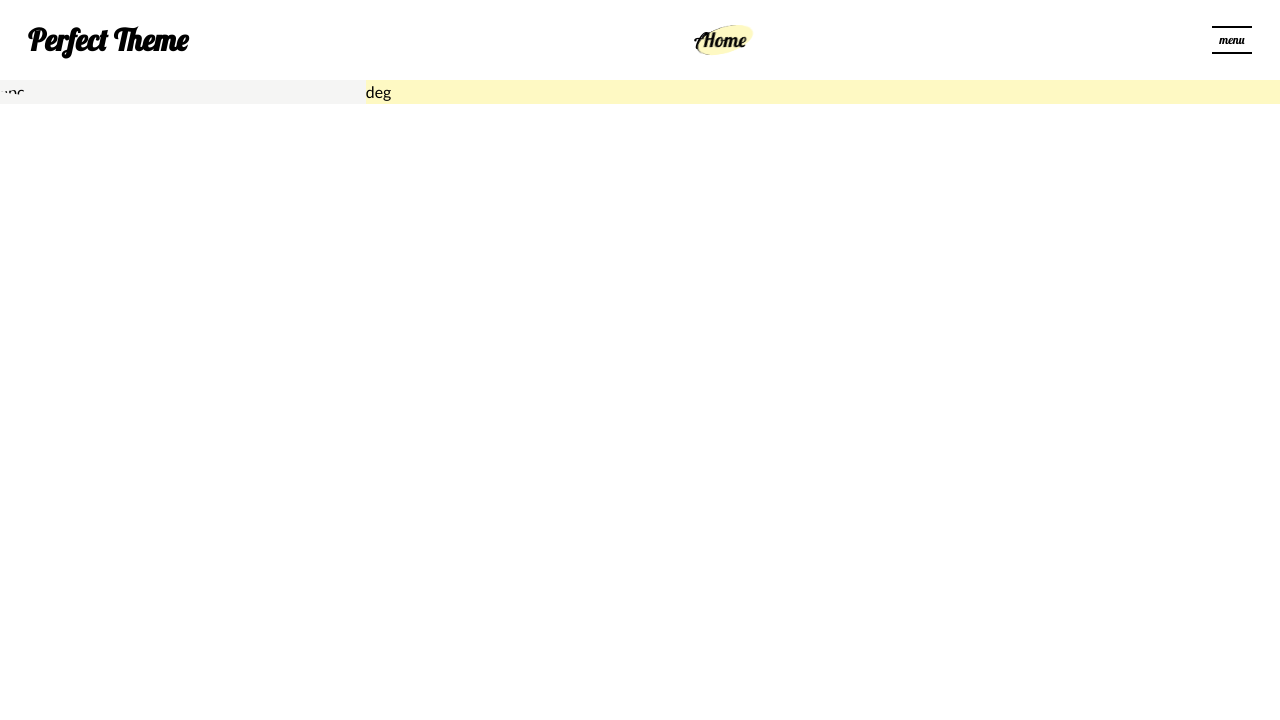
Repository: hsumyatm7308/laravel-blog
Page: blogweb/resources/views/blog/headerlayout.html
An editor plug-in stored every save of this project. The page is shown before and after the next save, followed by the edit.
The browser window is 1280 px wide. The pictures show the whole page.
Some web libraries are served in a nearby version.

Above is the page before, as saved 2023-09-06 14:31:17.

### blogweb/resources/views/blog/headerlayout.html
<!DOCTYPE html>
<html>

<head>
    <title>@yield('title')</title>
    <script src="https://cdn.tailwindcss.com"></script>
    <link rel="stylesheet" href="https://cdnjs.cloudflare.com/ajax/libs/font-awesome/6.4.2/css/all.min.css">

</head>
<style>
    /* for nav  */
    @import url('https://fonts.googleapis.com/css2?family=Lobster&display=swap');
    /* for body  */
    @import url('https://fonts.googleapis.com/css2?family=Lato&display=swap');


    body {
        font-family: 'Lato', sans-serif;
    }

    nav {
        font-family: 'Lobster', cursive;
    }


    .container {
        width: 80%;
        height: auto;
        /* background-color: antiquewhite; */

        display: flex;
        justify-content: center;
        align-items: center;

        position: relative;


    }

    .navlabel {
        position: relative;
        /* background-color: aqua; */
    }

    .lictn {
        position: relative;
    }

    .skewtextctn,
    .skewtextctn2 {
        width: 50px;
        height: 30px;
        border-radius: 100%;
        border-left: 1px solid black;

        position: fixed;
        top: 25px;




        transform: skew(-40deg);

    }

    .skewtextctn {
        left: 700px;
    }

    .skewtextctn2 {
        left: 800px;
    }



    .article {
        position: fixed;
        left: 1px;

        top: 1px;
        transform: skew(40deg);

    }

    .skewtextctn:hover,
    .skewtextctn2:hover {
        transition: all .5s;
        background-color: rgb(51 65 85);
    }

    .skewtextctn:hover .article,
    .skewtextctn2:hover .article {
        color: #000;
    }


    /* Define the transition effect */
    #menu-modal {
        display: none;
        transition: opacity .5s ease-in-out;

    }
</style>

<body class="bg-[#ffff]">
    <!-- nav  -->
    <nav class="w-[100vw] flex justify-center items-center">
        <h1 class="text-3xl font-semibold">Perfect Theme</h1>

        <div class="w-[80%] h-20 flex justify-center items-center container">
            <div class="flex justify-between items-center list-none navlabel">
                <li class="p-5 mr-4 lictn">
                    <div class="bg-yellow-100 skewtextctn">
                        <a href="" class="text-xl text-black article">Home</a>
                    </div>
                </li>

                <li class="p-5 mr-4">
                    <div class=" active">
                        <a href="" class="text-xl text-black ">Article</a>
                    </div>
                </li>
            </div>


        </div>

        <div class=" menu cursor-pointer">
            <span class="text-xs flex justify-center items-center flex-col">
                <div class="w-10 h-[2px] bg-black"></div>
                <span class="p-1 hover:self-end hover:text-yellow-500"> menu</span>
                <div class="w-10 h-[2px] bg-black font-semibold"></div>
            </span>
        </div>
    </nav>



    <!-- banner  -->
    <section>
        <div class="w-screen grid grid-cols-7">
            <div class="col-span-2 bg-stone-100">
                <div style="clip-path: polygon(25% 0%, 75% 0%, 100% 50%, 75% 100%, 25% 100%, 0% 50%);                ">
                    abc
                </div>

            </div>
            <div class="col-span-5 bg-yellow-100">
                deg
            </div>

        </div>
    </section>




    <div id="menu-modal"
        class="menu-modal w-[100%]  h-screen bg-[linear-gradient(rgba(233,233,233,.5),rgba(233,233,233,.5))] absolute left-0 top-0 flex justify-center items-center">
        <div id="blankspace" class="w-[100%] h-[100vh] p-0 ">

        </div>
        <div class="max-w-[500px] h-[100vh] bg-white absolute right-0 top-0  border border-slate-100">

            <div class="w-full h-40 flex justify-center items-center">
                <form action="" method="post" class="relative">
                    <i class="fa-solid fa-magnifying-glass text-stone-500 text-lg absolute left-3 top-[12px]"></i>
                    <input type="search"
                        class=" border-2 px-32 py-3 pl-10 bg-stone-100 font-thin focus:outline-none	focus:border focus:border-emerald-600 focus:ring-1 focus:ring-emerald-400"
                        placeholder="Search...">
                </form>
            </div>
            <hr>


            <div class="mt-4">
                <div class="px-14 py-4 group hover:text-emerald-600">
                    <li class="list-none pb-5 cursor-pointer">
                        <a href="" class="uppercase text-sm font-semibold group-hover:text-emerald-600">Lorem ipsum</a>
                        <p class="text-stone-400 mt-2 group-hover:text-emerald-600">dolor sit amet consectetur elit.</p>
                    </li>
                    <hr>
                </div>


                <div class="px-14 py-4 group hover:text-emerald-600">
                    <li class="list-none pb-5 cursor-pointer">
                        <a href="" class="uppercase text-sm font-semibold group-hover:text-emerald-600">dolor sit</a>
                        <p class="text-stone-400 mt-2 group-hover:text-emerald-600"> amet consectetur dolor sit
                            adipisicing elit.</p>

                    </li>
                    <hr>
                </div>


                <div class="px-14 py-4 group hover:text-emerald-600">
                    <li class="list-none pb-5 cursor-pointer">
                        <a href="" class="uppercase text-sm font-semibold  group-hover:text-emerald-600">dolor sit</a>
                        <p class="text-stone-400 mt-2 group-hover:text-emerald-600"> amet consectetur dolor adipisicing.
                        </p>

                    </li>
                    <hr>
                </div>

                <div class="px-14 py-4 group hover:text-emerald-600">
                    <li class="list-none  pb-3 hover:text-emerald-400 cursor-pointer">
                        <a href="" class="uppercase text-sm font-semibold group-hover:text-emerald-600">amet consectetur
                        </a>
                        <p class="text-stone-400 mt-2 group-hover:text-emerald-600"> consectetur sit adipisicing elit.
                        </p>

                    </li>

                </div>
                <hr class="mb-10">

                <div class=" px-14">
                    <div
                        class="px-4 py-4 border-2 flex justify-center items-center mt-5 hover:border-emerald-600 hover:text-emerald-500 ease-in duration-300 ">
                        <button class="uppercase text-sm">Log in</button>
                    </div>


                </div>
            </div>

        </div>

    </div>


    <script>
        const menumodal = document.getElementById("menu-modal");
        const menu = document.querySelector('.menu');

        menu.addEventListener('click', function () {
            menumodal.style.opacity = "1";
            setTimeout(() => {
                menumodal.style.display = "block";
            }, 200);
        });

        const blankspace = document.getElementById('blankspace');
        blankspace.addEventListener('click', () => {
            menumodal.style.opacity = "0";
            setTimeout(() => {
                menumodal.style.display = "none";
            }, 500);
        });


    </script>
</body>

</html>

<!-- 5PE  -->

After the next save:
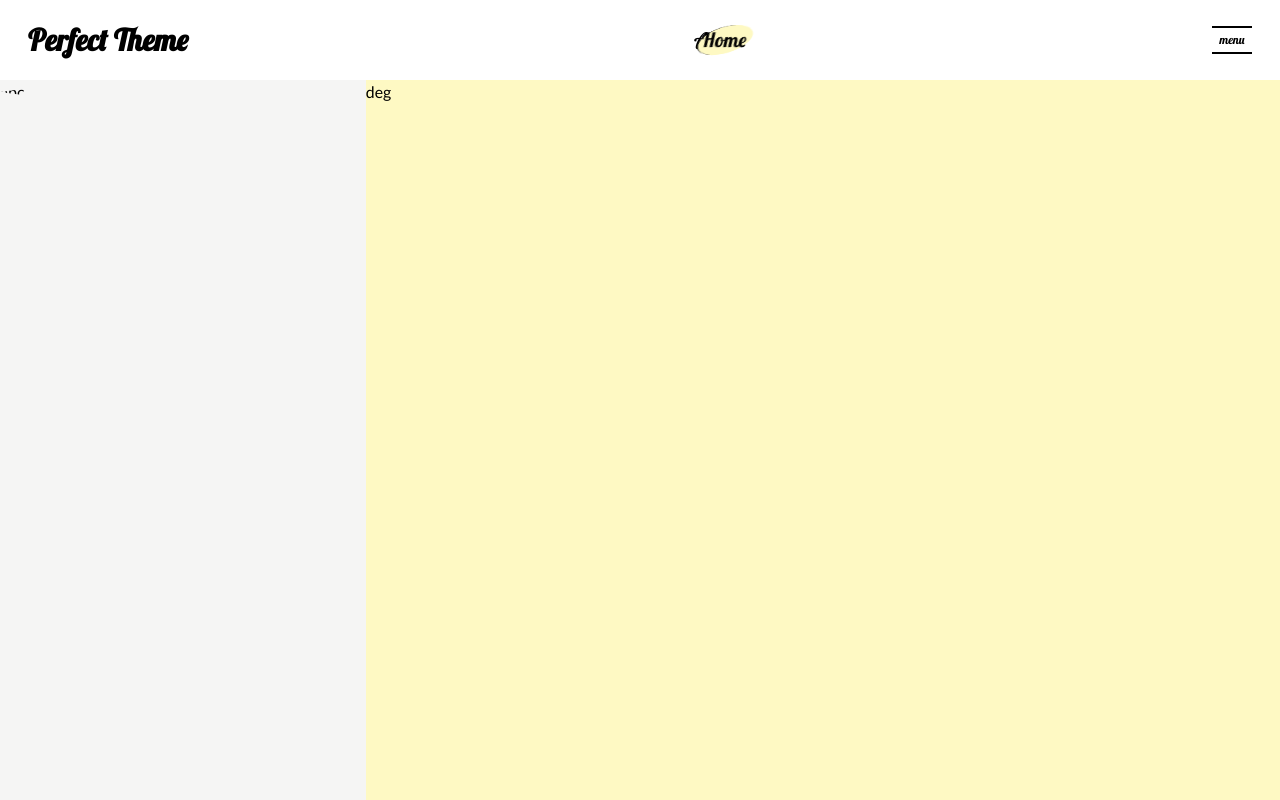
Saved 13 s later.
--- a/blogweb/resources/views/blog/headerlayout.html
+++ b/blogweb/resources/views/blog/headerlayout.html
@@ -138,7 +138,7 @@
 
     <!-- banner  -->
     <section>
-        <div class="w-screen grid grid-cols-7">
+        <div class="w-screen h-[100vh] grid grid-cols-7">
             <div class="col-span-2 bg-stone-100">
                 <div style="clip-path: polygon(25% 0%, 75% 0%, 100% 50%, 75% 100%, 25% 100%, 0% 50%);                ">
                     abc
